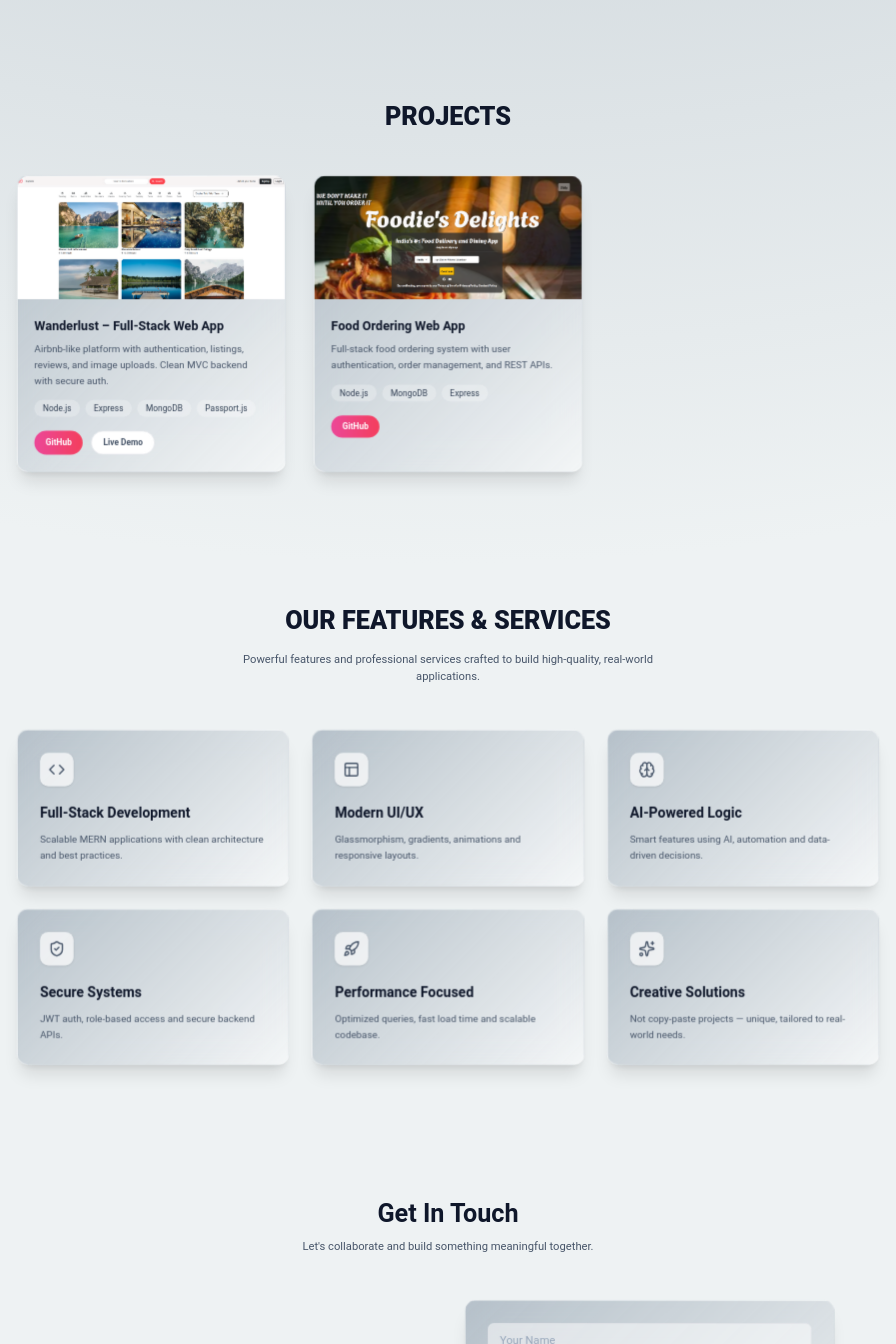
Repository: bhumikamourya/portfolio
Page: /
These files come from the project's save history. The page is drawn as it stood at one moment and after the next save; the edit follows.
The browser window is 1280 px wide. The pictures show the part of the page from y = 2906 to 4826 px (the page is 5262 px tall before and 5702 px after), at 70% of full size.
Some web libraries are served in a nearby version. The project was rebuilt for these pictures with package versions that can differ from the ones it lists, and the page was loaded fresh each time.

Above is the page before, as saved 2026-01-31 14:40:48.

### src/styles/variables.css
:root {
  /*Background gradient (PAGE) */
  --bg-gradient-from: #8e9eab;
  --bg-gradient-to: #eef2f3;

  /*Glass / Card background (LIGHTER, SAME TONE) */
  --glass-from: rgba(158, 172, 184, 0.7);
  --glass-to: rgba(245, 247, 248, 0.8);

  /*Text colors */
  --heading-color: #0f172a;      /* slate-900 */
  --subheading-color: #334155;   /* slate-700 */
  --body-text-color: #475569;    /* slate-600 */
  --muted-text-color: #64748b;   /* slate-500 */

  /* Accent (brand highlight) */
  --accent-from: #ec4899; /* pink-500 */
  --accent-to: #f43f5e;   /* rose-500 */

  /* Status / success */
  --success-color: #059669; /* emerald-600 */

  /* Borders */
  --border-light: rgba(255, 255, 255, 0.4);

  /* Motion */
  --transition: all 0.4s ease;
}

/* Optional dark mode (future-proof, not active yet) */
.dark-mode {
  --bg-gradient-from: #1e293b;
  --bg-gradient-to: #020617;

  --glass-from: rgba(30, 41, 59, 0.7);
  --glass-to: rgba(15, 23, 42, 0.8);

  --heading-color: #f8fafc;
  --subheading-color: #e2e8f0;
  --body-text-color: #cbd5f5;
  --muted-text-color: #94a3b8;
}

### src/styles/App.css
* {
  margin: 0;
  padding: 0;
  box-sizing: border-box;
}

.reveal {
  opacity: 0;
  transform: translateY(50px);
  transition: all 0.8s ease;
}

.reveal.active {
  opacity: 1;
  transform: translateY(0);
}

body {
  font-family: 'Roboto', sans-serif;
  background-image: radial-gradient(circle at top, var(--bg-gradient-from) 0%, var(--bg-gradient-to) 70%);
  color: var(--body-text-color);
  scroll-behavior: smooth;
  transition: var(--transition);
}

.color-buttons {
  background-image: linear-gradient(to right, var(--accent-from), var(--accent-to));
  border: none;
}

.right-card {
  background: rgba(255, 255, 255, 0.6);
  border-color: var(--border-light);
  backdrop-filter: blur(16px);
}

.app {
  min-height: 100vh;
}
.text-accent {
    background: linear-gradient(to right, var(--accent-from), var(--accent-to));
    -webkit-background-clip: text;
    -webkit-text-fill-color: transparent;
}
.card-bg {
  background-image:
    linear-gradient(135deg,
      var(--glass-from),
      var(--glass-to));
  backdrop-filter: blur(22px);
  border: 1px solid var(--border-light);
}

.skill-cards{
  background-image: linear-gradient(135deg, var(--border-light), var(--border-light));
  backdrop-filter: blur(72px);
  border: 1px solid var(--border-light);
}

.heading{
  color: var(--heading-color);
}
.subheading{
  color: var(--subheading-color);
}
.tags{
  background: rgba(255,255,255,0.25);
  color: var(--subheading-color);
}
ul{
    color: var(--muted-text-color);
}

/* .btn {
  padding: 10px 20px;
  border: none;
  border-radius: 5px;
  cursor: pointer;
  transition: var(--transition);
}

.btn.primary {
  background-color: var(--primary-color);
}

.btn.secondary {
  background-color: var(--bg-gradient-to);
}

.btn:hover {
  transform: scale(1.05);
} */
.theme-toggle {
  position: fixed;
  top: 20px;
  right: 20px;
  z-index: 1000;
  background: none;
  border: none;
  font-size: 1.5rem;
  cursor: pointer;
}

/* Mobile-first responsive */
@media (max-width: 768px) {
  .container {
    padding: 0 10px;
  }
}

### src/contexts/ThemeContext.js
import React, { createContext, useState, useEffect } from 'react';

export const ThemeContext = createContext();

export const ThemeProvider = ({ children }) => {
  const [isDarkMode, setIsDarkMode] = useState(false);

  useEffect(() => {
    const savedTheme = localStorage.getItem('theme');
    if (savedTheme === 'dark') {
      setIsDarkMode(true);
      document.body.classList.add('dark-mode');
    }
  }, []);

  const toggleTheme = () => {
    setIsDarkMode(!isDarkMode);
    if (!isDarkMode) {
      document.body.classList.add('dark-mode');
      localStorage.setItem('theme', 'dark');
    } else {
      document.body.classList.remove('dark-mode');
      localStorage.setItem('theme', 'light');
    }
  };

  return (
    <ThemeContext.Provider value={{ isDarkMode, toggleTheme }}>
      {children}
    </ThemeContext.Provider>
  );
};

### src/components/ThemeToggle.js
import React, { useContext } from 'react';
import { ThemeContext } from '../contexts/ThemeContext';

const ThemeToggle = () => {
  const { isDarkMode, toggleTheme } = useContext(ThemeContext);

  return (
    <button className="theme-toggle" onClick={toggleTheme} >
      {isDarkMode ? '☀️' : '🌙'}
    </button>
  );
};

export default ThemeToggle;

### src/components/Welcome.jsx
import React from "react";


const Welcome = () => {
    const scrollToSection = (id) => {
        document.getElementById(id).scrollIntoView({ behavior: "smooth" });
    };
    return (
        <section
            className="min-h-screen flex items-center justify-center px-6"
        >
            <div
                className="relative w-full max-w-6xl rounded-2xl shadow-2xl p-20 card-bg"
            >
                <div className="grid md:grid-cols-2 gap-12 items-center">

                    <div>

                        <h1
                            className="text-4xl md:text-5xl font-extrabold leading-tight mb-4 heading">
                            Welcome to <br /> my Portfolio Website
                        </h1>
                        <p
                            className="max-w-md mb-6">
                            Building modern, reliable, and fast digital experiences with a
                            strong focus on clean UI and solid engineering.
                        </p>
                        <div className="flex items-center gap-4 mb-6">
                            <span className="text-xs font-semibold text-emerald-600 tracking-wide">LIVE STATUS</span>
                            <button
                                onClick={() => scrollToSection("projects")}
                                className="px-4 py-2 rounded-full bg-slate-900 text-white hover:bg-slate-800 transition"
                            >
                                PROJECTS
                            </button>
                            <button
                                onClick={() => scrollToSection("contact")}
                                className="px-4 py-2 rounded-full border border-slate-200 hover:bg-slate-100 transition"
                            >
                                CONTACT
                            </button>
                        </div>

                        <button

                            className="px-8 py-3 rounded-full text-white font-semibold transition hover:scale-105 color-buttons"
                        >
                            Enter Portfolio →
                        </button>
                    </div>

                    {/* RIGHT SYSTEM CARD */}
                    <div
                        className="relative rounded-xl p-6 border right-card"
                    >
                        <span
                            className="absolute top-4 right-4 text-xs font-semibold text-emerald-600"
                        >
                            ONLINE
                        </span>

                        <div className="flex items-center justify-center mb-6">
                            <div
                                className="relative w-44 h-44 rounded-full flex items-center justify-center "
                                style={{
                                    background:
                                        "linear-gradient(to bottom right, var(--accent-from), var(--accent-to))",
                                }}
                            >
                                <div className="absolute inset-4 rounded-full bg-white flex items-center justify-center text-s tracking-widest font-bold text-slate-600">
                                    WELCOME
                                </div>
                            </div>
                        </div>

                        <div className="grid grid-cols-2 gap-4 text-center">
                            <div>
                                <p className="text-xl font-bold">06</p>
                                <p className="text-xs text-slate-600">Modules</p>
                            </div>
                            <div>
                                <p className="text-xl font-bold">12ms</p>
                                <p className="text-xs text-slate-600">Latency</p>
                            </div>
                        </div>
                    </div>

                </div>
            </div>
        </section>
    );
};

export default Welcome;

### src/components/Hero.js
import React from "react";
const Hero = () => {
  return (
    <section
      id="hero"
      className=" reveal min-h-screen flex items-center justify-center px-6"
    >
      <div
        className="relative w-full max-w-6xl rounded-3xl p-16"
      >
        <div className="grid md:grid-cols-2 gap-12 items-center">

          {/* LEFT CONTENT */}
          <div>
            <span
              className="inline-block mb-3 text-xs px-3 py-1 rounded-full font-semibolds text-emerald-700 right-card tags"
            >
              Available for freelance work
            </span>

            <h1
              className="text-4xl md:text-5xl font-extrabold leading-tight mb-2 heading"
            >
              Hi, I'm{" "}
              <span className="text-accent"
              >
                Bhumika
              </span>
            </h1>
            <h2
              className="text-xl md:text-2xl font-semibold mb-4 subheading"
            >
              Frontend Developer
            </h2>

            <p
              className="max-w-md mb-6"
            >
              I create scalable, clean and user-focused web applications with
              strong UI sense and solid backend logic.
            </p>

            <div className="flex gap-4 mb-6">
              <button
                className="px-6 py-2 rounded-full text-white font-semibold transition hover:scale-105 color-buttons"
              >
                Hire Me
              </button>

              <button
                className="px-4 py-2 rounded-full border border-slate-200  hover:bg-slate-100 transition subheading">
                Download CV
              </button>
            </div>

            <div className="flex items-center gap-4 text-sm">
              <span>Follow me:</span>
              <a href="https://github.com/bhumikamourya"
              className="cursor-pointer hover:underline cursor-pointer">GitHub</a>
              <a href="https://www.linkedin.com/in/bhumika-mourya-bb94672a4/"
              className="cursor-pointer hover:underline cursor-pointer">LinkedIn</a>
              {/* <a href="" className="cursor-pointer hover:underline cursor-pointer">Instagram</a> */}
            </div>
          </div>

          {/* RIGHT IMAGE CARD */}
          <div className="flex justify-center">
            <div
              className="relative rounded-2xl right-card shadow-2xl"
            >
              <img
                src="/assets/profile.jpeg"
                alt="Developer illustration"
                className="w-72 h-70 object-cover rounded-xl"
              />
            </div>
          </div>

        </div>
      </div>
    </section>
  );
};

export default Hero;

### src/components/About.js
import React from "react";


const About = () => {
  return (
    <section
      id="about"
      className=" reveal min-h-screen flex items-center justify-center px-6"
    >
      <div
        className="relative w-full max-w-6xl rounded-3xl"
      >
        <div className="grid md:grid-cols-2 gap-14 items-center">

          {/* LEFT CONTENT */}
          {/* <div>
            <h2
              className="text-3xl md:text-4xl font-extrabold mb-6 tracking-wide heading"
            >
              ABOUT ME
            </h2>

            <p
              className="mb-4 leading-relaxed"
            >
              Hi! I'm <span className="font-semibold">Bhumika</span>, a passionate
              and creative Frontend Developer who loves building clean,
              user-focused interfaces.
            </p>

            <p
              className="mb-4 leading-relaxed"
            >
              I focus on modern web design, responsive layouts, and smooth
              interactions that balance beauty with performance.
            </p>

            <ul
              className="space-y-2 text-sm"
            >
              <li>✦ React, Tailwind CSS, JavaScript</li>
              <li>✦ UI/UX-focused development</li>
              <li>✦ Clean code & scalable structure</li>
              <li>✦ Always learning new technologies</li>
            </ul>
          </div> */}

          {/* RIGHT AVATAR CARD */}
          <div className="flex justify-center ">
            <div
              className="relative rounded-2xl right-card shadow-2xl"
            >
              <img
                src="/assets/profile.jpeg"
                alt="Avatar"
                className="w-80 h-80 object-cover rounded-xl"
              />
            </div>
          </div>

          <div>
            <h2
              className="text-3xl md:text-4xl font-extrabold mb-6 tracking-wide heading"
            >
              ABOUT ME
            </h2>

            <p
              className="mb-4 leading-relaxed"
            >
              Hi! I'm <span className="font-semibold">Bhumika</span>, a passionate
              and creative Frontend Developer who loves building clean,
              user-focused interfaces.
            </p>

            <p
              className="mb-4 leading-relaxed"
            >
              I focus on modern web design, responsive layouts, and smooth
              interactions that balance beauty with performance.
            </p>

            <ul
              className="space-y-2 text-sm"
            >
              <li>✦ React, Tailwind CSS, JavaScript</li>
              <li>✦ UI/UX-focused development</li>
              <li>✦ Clean code & scalable structure</li>
              <li>✦ Always learning new technologies</li>
            </ul>
          </div>

        </div>
      </div>
    </section>
  );
};

export default About;

### src/components/Skills.js
import React from 'react';

const Skills = () => {
  const skills = [
    { name: 'HTML5', icon: '/assets/html.png' },
    { name: 'CSS3', icon: '/assets/css.png' },
    { name: 'JavaScript (ES6+)', icon: '/assets/js.webp' },
    { name: 'React', icon: '/assets/react.png' },
    { name: 'Redux', icon: '/assets/redux.png' },
    { name: 'Node.js', icon: '/assets/nodejs.png' },
    { name: 'Express.js', icon: '/assets/express.png' },
    { name: 'RESTful APIs', icon: '/assets/restful-api.png' },
    { name: 'Authentication (Passport.js, JWT)', icon: '/assets/authentication.png' },
    { name: 'MongoDB', icon: '/assets/mongoDB.png' },
    { name: 'Mongoose', icon: '/assets/mongoose.png' },
    { name: 'Git', icon: '/assets/git.png' },
    { name: 'GitHub', icon: '/assets/github.png' },
    { name: 'Postman', icon: '/assets/postman.png' },
    { name: 'Thunder Client', icon: '/assets/thunderClient.png' },
    { name: 'VS Code', icon: '/assets/VS-Code.png' },
    { name: 'Chrome DevTools', icon: '/assets/chrome-dev-tool.png' },
  ];

  return (
    <section
      id="skills"
      className=" reveal min-h-screen flex items-center justify-center px-6 transition-colors duration-500"
    >
      <div
        className="relative w-full max-w-6xl rounded-3xl p-16"
      >
        <h2
          className="text-3xl md:text-4xl font-extrabold mb-10 text-center heading"
        >
          SKILLS
        </h2>

        <div className="grid grid-cols-2 sm:grid-cols-3 md:grid-cols-4 lg:grid-cols-5 gap-8">
          {skills.map((skill, index) => (
            <div
              key={index}
              className="flex flex-col items-center justify-center p-4 rounded-2xl transition-transform duration-300 hover:scale-105 skill-cards"
            >
              <img
                src={skill.icon}
                alt={skill.name}
                className="w-14 h-14 mb-2 object-contain"
              />
              <p
                className="text-sm font-semibold text-center"
              >
                {skill.name}
              </p>
            </div>
          ))}
        </div>
      </div>
    </section>
  );
};

export default Skills;

### src/components/Projects.js
import React from 'react';
import ProjectCard from './ProjectCard';

const Projects = () => {
  const projects = [
    {
      title: 'Wanderlust – Full-Stack Web App',
      description:
        'Airbnb-like platform with authentication, listings, reviews, and image uploads. Clean MVC backend with secure auth.',
      tech: ['Node.js', 'Express', 'MongoDB', 'Passport.js'],
      github: 'https://github.com/bhumikamourya/WanderLust',
      demo: 'https://wanderlust-project-3uh0.onrender.com/',
      image: '/assets/wanderlust.png',
    },
    {
      title: 'Food Ordering Web App',
      description:
        'Full-stack food ordering system with user authentication, order management, and REST APIs.',
      tech: ['Node.js', 'MongoDB', 'Express'],
      github: 'https://github.com/bhumikamourya/Food-Ordering-application',
      demo: '',
      image: '/assets/foodweb.png',
    },
  ];

  return (
    <section
      id="projects"
      className=" reveal min-h-screen px-6 py-24"
    >
      <h2
        className="text-4xl font-extrabold text-center mb-16 heading">
        PROJECTS
      </h2>

      <div className="max-w-7xl mx-auto grid gap-10 sm:grid-cols-2 lg:grid-cols-3">
        {projects.map((project, index) => (
          <ProjectCard key={index} {...project} />
        ))}
      </div>
    </section>
  );
};

export default Projects;

### src/utils/scrollReveal.js
export const initScrollReveal = () => {
    const elements = document.querySelectorAll(".reveal");

    const observer = new IntersectionObserver(
      (entries) => {
        entries.forEach((entry) => {
          if (entry.isIntersecting) {
            entry.target.classList.add("active");
          }
        });
      },
      { threshold: 0.15 }
    );

    elements.forEach((el) => observer.observe(el));

};

### src/components/FeaturesServices.js
import { Code, Sparkles, ShieldCheck, Rocket, Brain, Layout } from "lucide-react";

export default function FeaturesServices() {
  const features = [
    {
      icon: <Code className="w-6 h-6" />,
      title: "Full-Stack Development",
      desc: "Scalable MERN applications with clean architecture and best practices."
    },
    {
      icon: <Layout className="w-6 h-6" />,
      title: "Modern UI/UX",
      desc: "Glassmorphism, gradients, animations and responsive layouts."
    },
    {
      icon: <Brain className="w-6 h-6" />,
      title: "AI-Powered Logic",
      desc: "Smart features using AI, automation and data-driven decisions."
    },
    {
      icon: <ShieldCheck className="w-6 h-6" />,
      title: "Secure Systems",
      desc: "JWT auth, role-based access and secure backend APIs."
    },
    {
      icon: <Rocket className="w-6 h-6" />,
      title: "Performance Focused",
      desc: "Optimized queries, fast load time and scalable codebase."
    },
    {
      icon: <Sparkles className="w-6 h-6" />,
      title: "Creative Solutions",
      desc: "Not copy-paste projects — unique, tailored to real-world needs."
    }
  ];

  return (
    <section
      id="features"
      className=" reveal relative py-24 px-6 "
    >
      <div className="max-w-7xl mx-auto">
        {/* Heading */}
        <div className="text-center mb-16">
          <h2 className="text-4xl font-extrabold text-center mb-6 heading">
            OUR FEATURES & SERVICES
          </h2>
          <p className="max-w-2xl mx-auto">
            Powerful features and professional services crafted to build
            high-quality, real-world applications.
          </p>
        </div>

        {/* Cards */}
        <div className="grid grid-cols-1 sm:grid-cols-2 lg:grid-cols-3 gap-8">
          {features.map((item, idx) => (
            <div
              key={idx}
              className="group relative rounded-2xl p-8 shadow-xl  transition-all duration-300 hover:-translate-y-2 hover:shadow-2xl card-bg"
            >
              <div className="flex items-center justify-center w-12 h-12 rounded-xl bg-white/70 shadow mb-6 group-hover:scale-110 transition" >
                {item.icon}
              </div>

              <h3 className="text-xl font-semibold mb-3 heading">
                {item.title}
              </h3>
              <p className=" text-sm leading-relaxed" >
                {item.desc}
              </p>
            </div>
          ))}
        </div>
      </div>
    </section>
  );
}

### src/components/ProjectCard.js
import React from 'react';

const ProjectCard = ({ title, description, tech, github, demo, image }) => {
  return (
    <div
      className="rounded-2xl overflow-hidden shadow-xl transition-transform duration-300 hover:-translate-y-2 card-bg"
    >
      {/* IMAGE */}
      <div className="h-44 bg-black/20 flex items-center justify-center">
        <img
          src={image}
          alt={title}
          className="h-full w-full object-cover"
        />
      </div>

      {/* CONTENT */}
      <div className="p-6">
        <h3
          className="text-lg font-bold mb-2 heading">
          {title}
        </h3>

        <p
          className="text-sm mb-4 leading-relaxed"
        >
          {description}
        </p>

        {/* TECH TAGS */}
        <div className="flex flex-wrap gap-2 mb-5">
          {tech.map((item, index) => (
            <span
              key={index}
              className="text-xs px-3 py-1 rounded-full tags"
            >
              {item}
            </span>
          ))}
        </div>

        {/* LINKS */}
        <div className="flex gap-3">
          <a
            href={github}
            target="_blank"
            rel="noreferrer"
            className="px-4 py-2 text-white text-xs font-semibold rounded-full transition color-buttons"

          >
            GitHub
          </a>

          {demo && (
            <a
              href={demo}
              target="_blank"
              rel="noreferrer"
              className="px-4 py-2 text-xs font-semibold bg-white rounded-full border transition"
            >
              Live Demo
            </a>
          )}
        </div>
      </div>
    </div>
  );
};

export default ProjectCard;

Loaded but not shown: public/index.html (common file); src/index.js (common file); src/App.js (common file); src/index.css (common file); tailwind.config.js (common file); src/components/Contact.js (118 lines, source omitted)

After the next save:
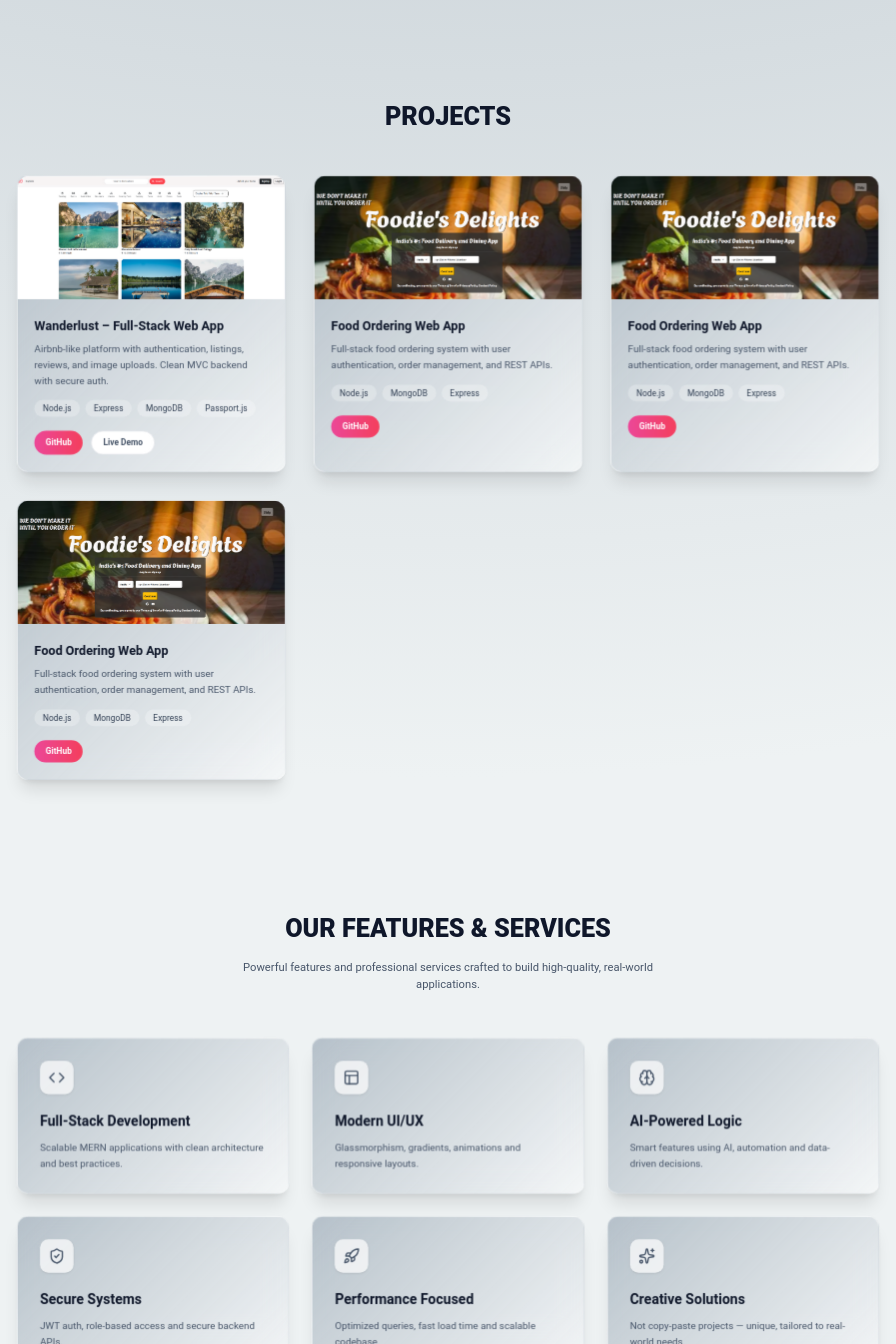
Saved 10 s later.
--- a/src/components/Projects.js
+++ b/src/components/Projects.js
@@ -13,6 +13,24 @@
       image: '/assets/wanderlust.png',
     },
     {
+      title: 'Food Ordering Web App',
+      description:
+        'Full-stack food ordering system with user authentication, order management, and REST APIs.',
+      tech: ['Node.js', 'MongoDB', 'Express'],
+      github: 'https://github.com/bhumikamourya/Food-Ordering-application',
+      demo: '',
+      image: '/assets/foodweb.png',
+    },
+     {
+      title: 'Food Ordering Web App',
+      description:
+        'Full-stack food ordering system with user authentication, order management, and REST APIs.',
+      tech: ['Node.js', 'MongoDB', 'Express'],
+      github: 'https://github.com/bhumikamourya/Food-Ordering-application',
+      demo: '',
+      image: '/assets/foodweb.png',
+    },
+     {
       title: 'Food Ordering Web App',
       description:
         'Full-stack food ordering system with user authentication, order management, and REST APIs.',
